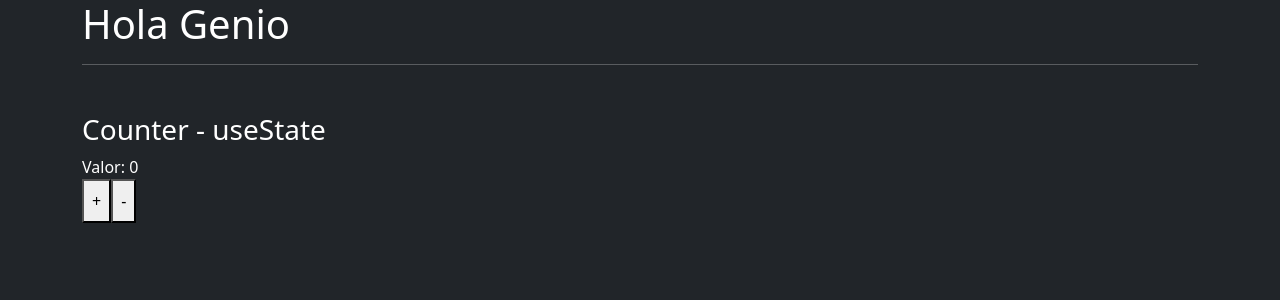
Repository: ChristianGecchelin/Typescript-Course1
Page: /
These files come from the project's save history. The page is drawn as it stood at one moment and after the next save; the edit follows.
The browser window is 1280 px wide. The pictures show the whole page.
The project was rebuilt for these pictures with package versions that can differ from the ones it lists, and the page was loaded fresh each time.

Above is the page before, as saved 2022-08-16 13:05:04.

After the next save:
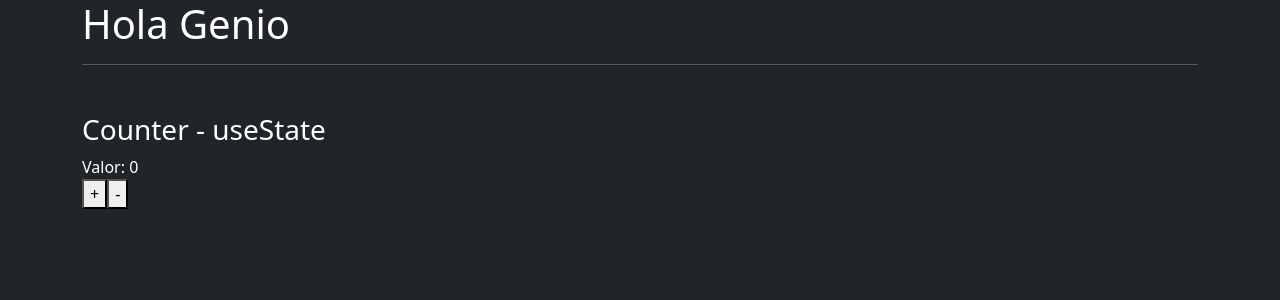
Saved 11 s later.
--- a/src/components/Counter.tsx
+++ b/src/components/Counter.tsx
@@ -8,8 +8,8 @@ export const Counter = () => {
       <h3>Counter - useState</h3>
       <span>Valor: {counter}</span>
       <br />
-      <button className="btn-danger p-2">+</button>
-      <button className="btn-danger p-2">-</button>
+      <button className="btn-danger">+</button>
+      <button className="btn-danger">-</button>
     </div>
   );
 };
